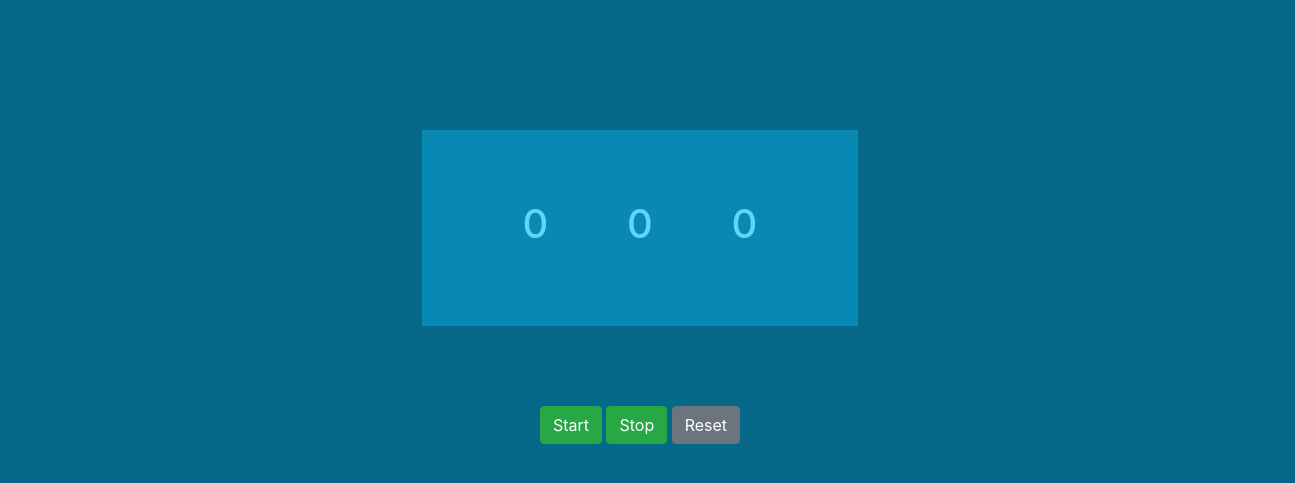
Repository: moiz9265/stopwatch
Page: index.html
These files come from the project's save history. The page is drawn as it stood at one moment and after the next save; the edit follows.
The browser window is 1280 px wide. The page is 1295 px wide, so the pictures cover 1295 px, including what lies to the right of the window. The pictures show the whole page.

Above is the page before, as saved 2020-07-09 22:59:36.

After the next save:
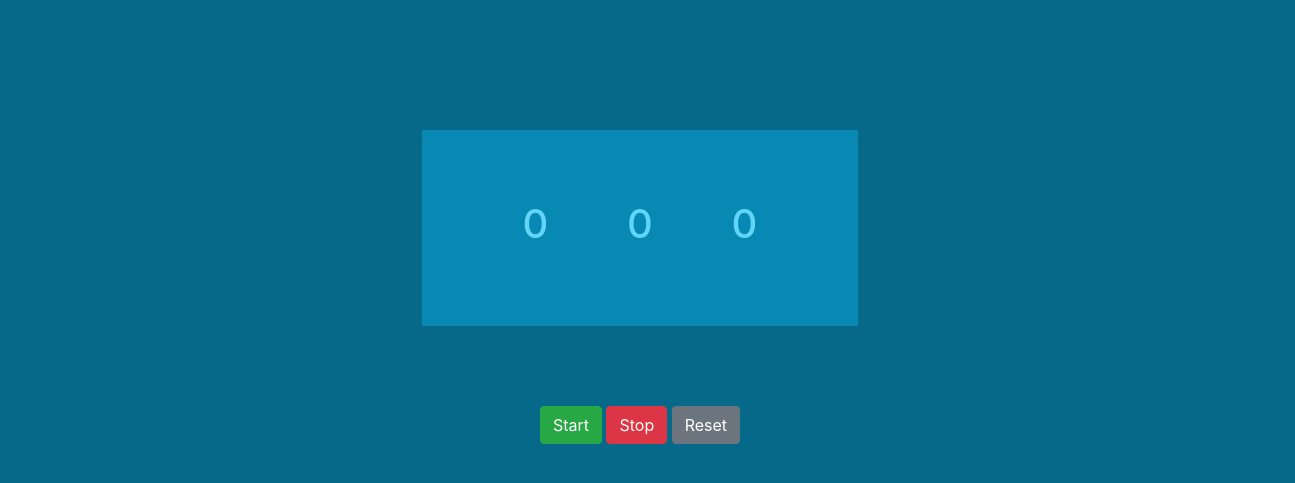
Saved 5 s later.
--- a/index.html
+++ b/index.html
@@ -33,7 +33,7 @@
             </div>
             <div  style=" text-align: center;" class="col-sm-12 col-md-4">
                <button class="btn btn-md btn-success">Start</button>
-               <button class="btn btn-md btn-success">Stop</button>
+               <button class="btn btn-md btn-danger">Stop</button>
                <button class="btn btn-md btn-secondary">Reset</button>
 
             </div>
